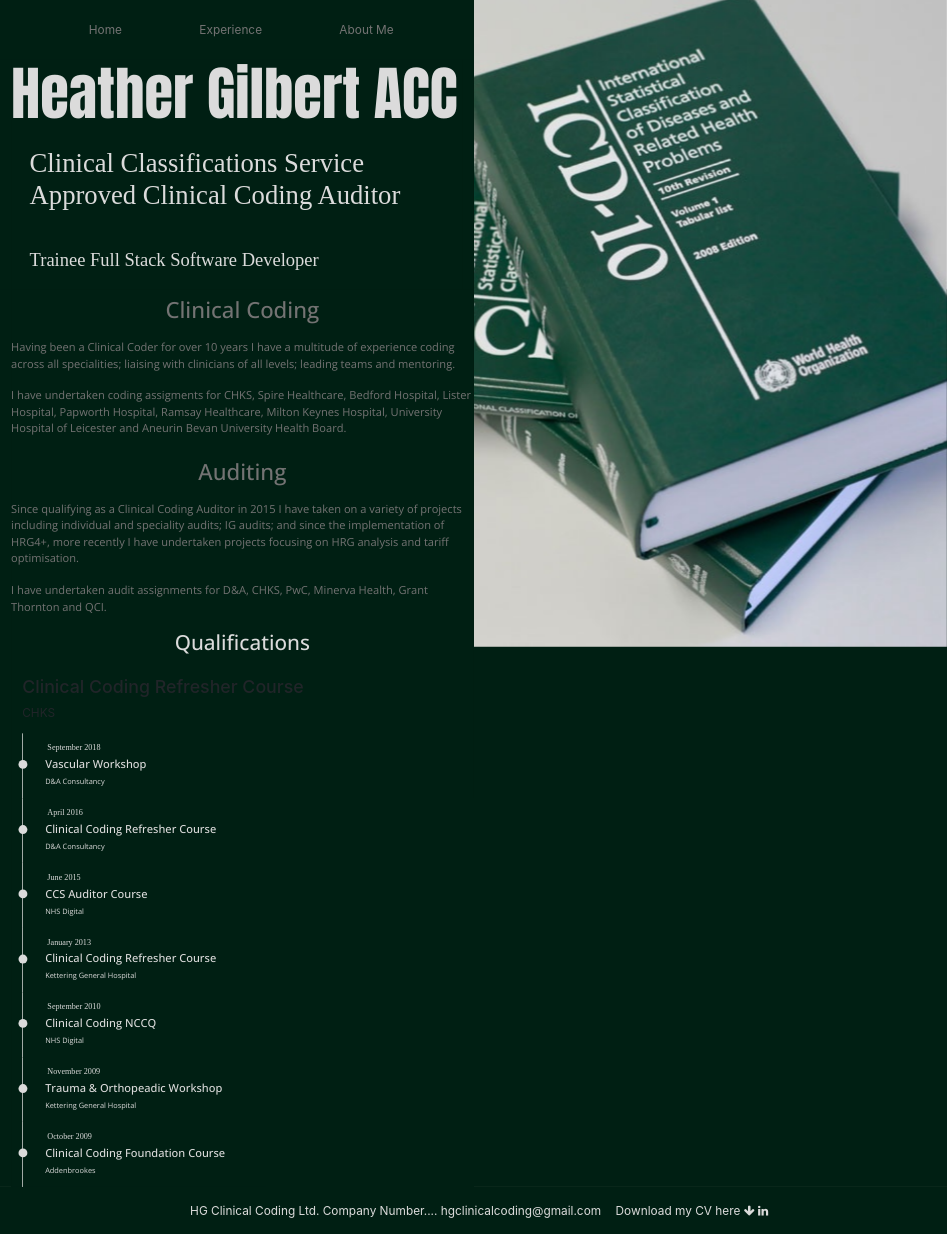
Repository: Code-Institute-Submissions/fsd-ms-project1-resume
Page: resume.html
The author's editor kept a record of every edit. The page is drawn from the files as they stood at one moment, then again after the next edit.
The browser window is 1280 px wide. The pictures show the whole page, at 74% of full size.
Some web fonts or font styles are not loaded; a fallback is used.

Above is the page before.

After the next edit:
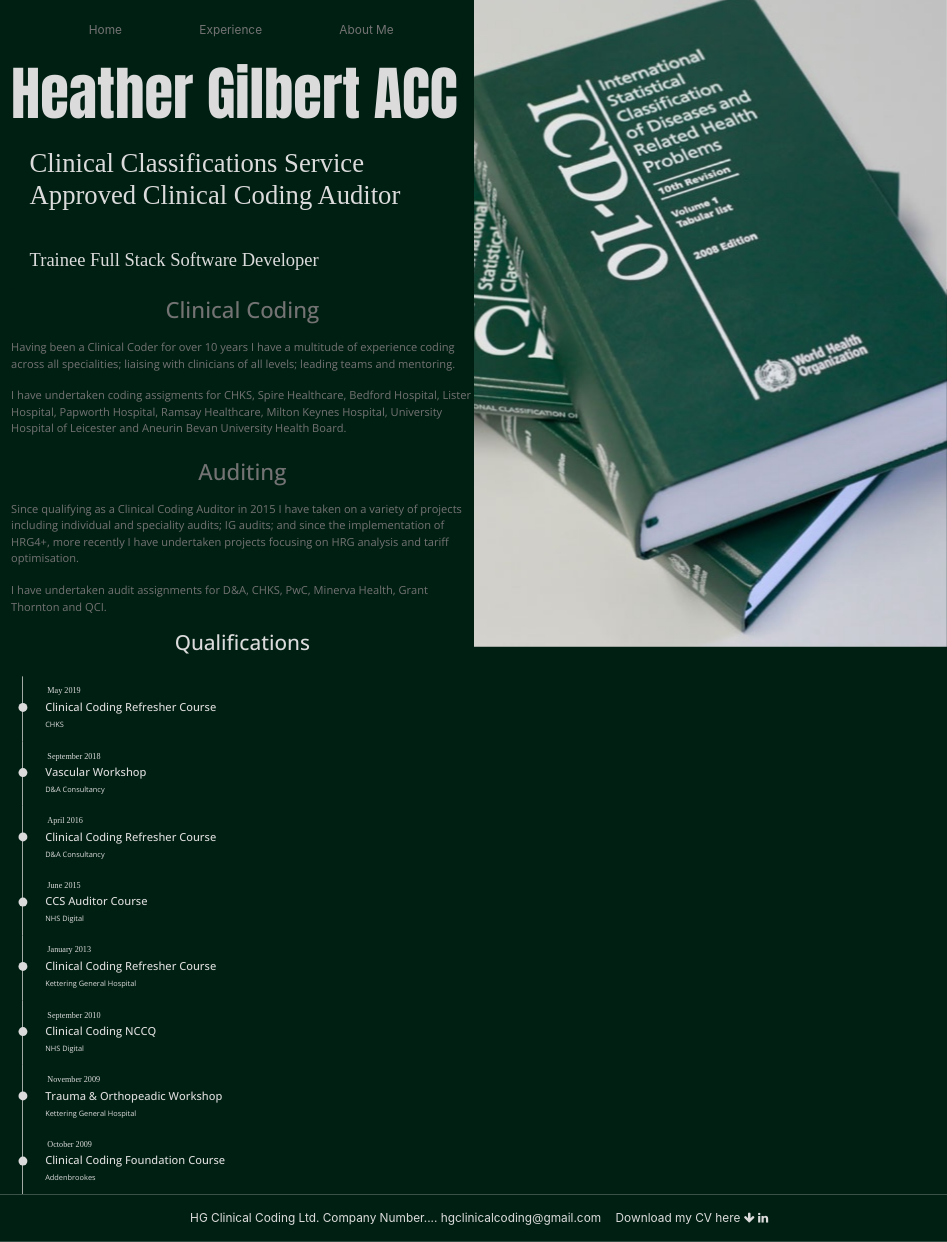
The edit:
--- a/resume.html
+++ b/resume.html
@@ -64,8 +64,8 @@
                             </h3>
                         </div>
                     </div>
-                    <div class="history-items">
-                        <div class="timeline-item" data-dates="May 2019">
+                    <div>
+                        <div class="timeline-data" data-dates="May 2019">
                             <h4>Clinical Coding Refresher Course</h4>
                             <p>CHKS</p>
                         </div>
